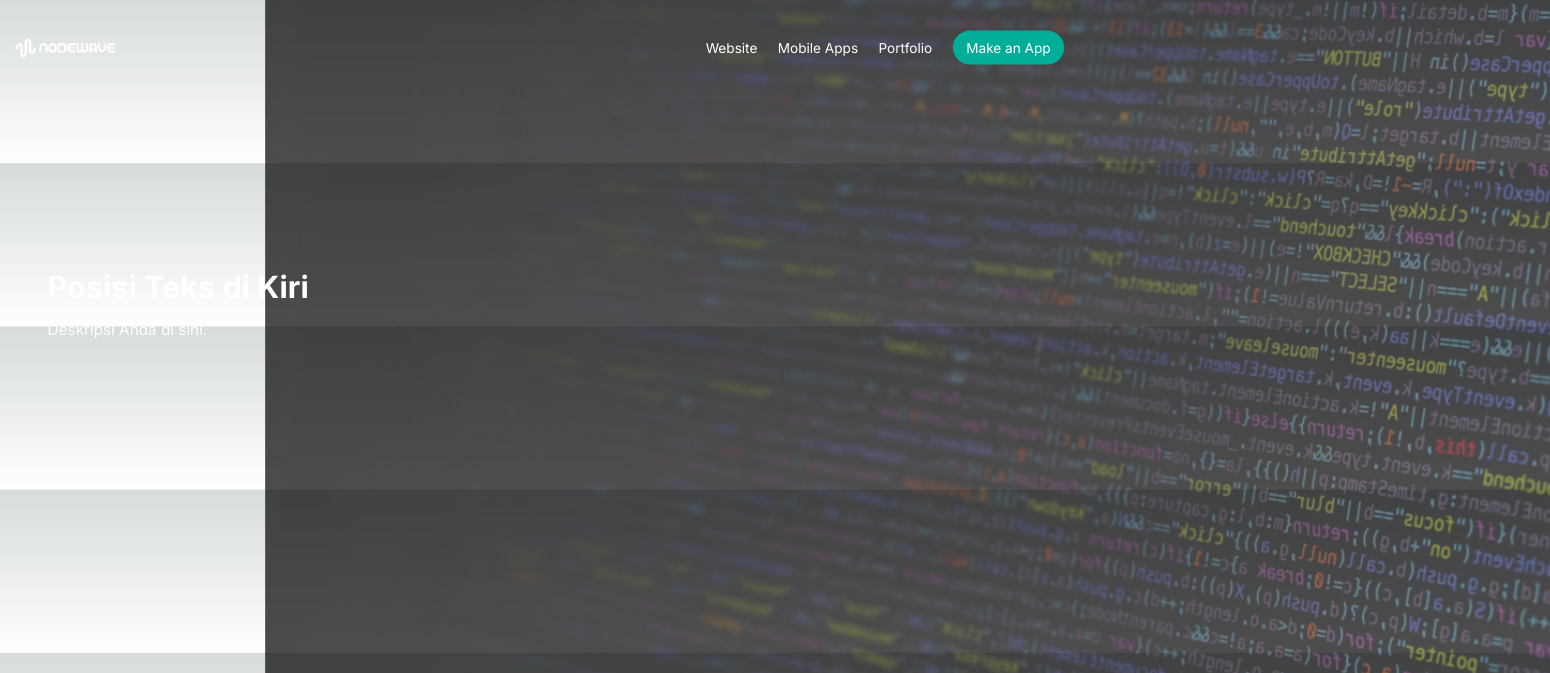
Repository: farrelmuhammad/nodewave
Page: /
An editor plug-in stored every save of this project. The page is shown before and after the next save, followed by the edit.
The browser window is 1280 px wide. The page is 1824 px wide, then 1592 px, so the pictures cover 1824 px, including what lies to the right of the window. The pictures show the whole page, at 85% of full size.
The project was rebuilt for these pictures with package versions that can differ from the ones it lists, and the page was loaded fresh each time. The framework's server and built-in components were replaced by stand-ins that run in the browser. Also part of the build but not shown: next.config.js.

Above is the page before, as saved 2023-09-08 13:34:26.

After the next save:
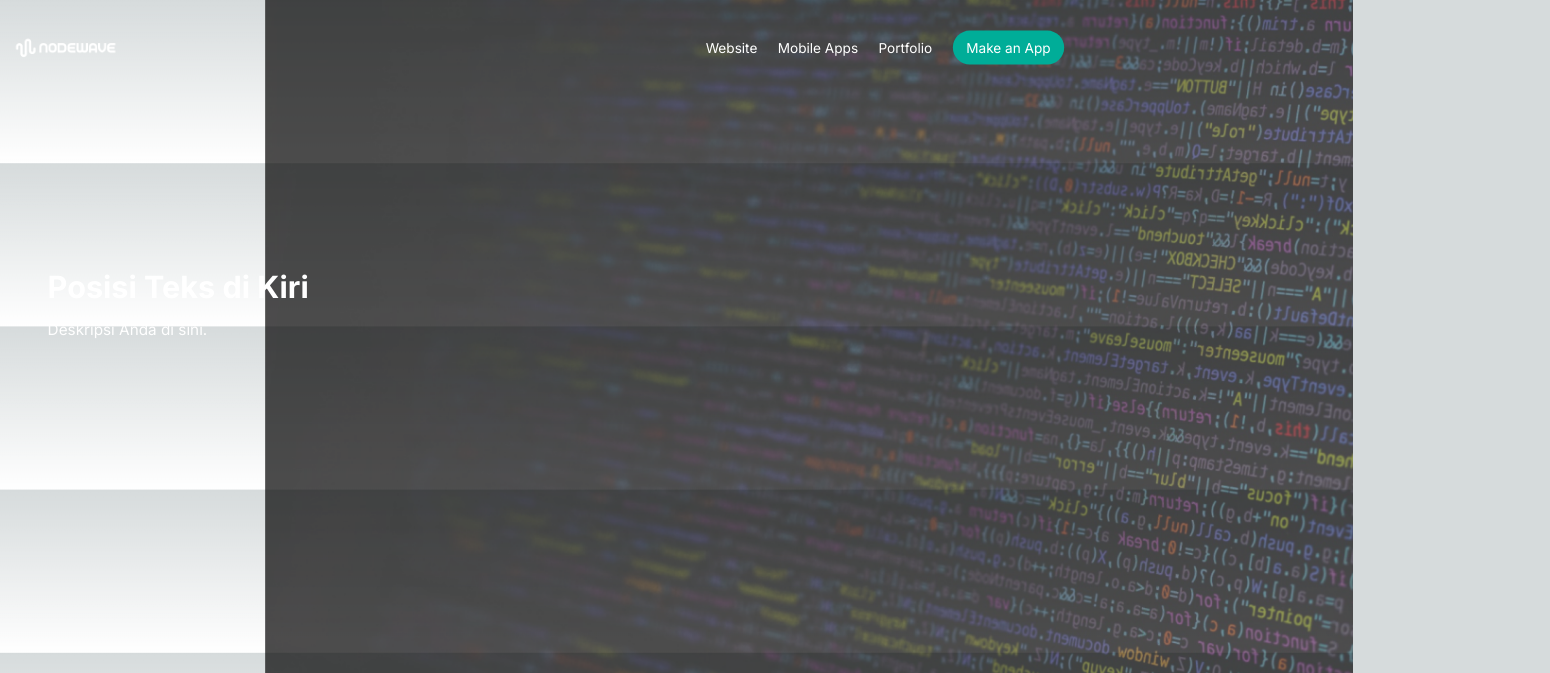
Saved 12 s later.
--- a/src/components/Hero.jsx
+++ b/src/components/Hero.jsx
@@ -5,7 +5,7 @@
   return (
     <main className="flex h-full items-center justify-between p-24">
       <div
-        className="absolute inset-0 bg-cover bg-center w-[1512px] h-[881px] top-[-89px] left-[312px] bg-opacity-50 bg-black"
+        className="absolute inset-0 bg-cover bg-center w-full h-[881px] top-[-89px] left-[312px] bg-opacity-50 bg-black"
         style={{
           backgroundImage: 'url("/assets/background.png")', // Ganti dengan path gambar latar belakang Anda
         }}
